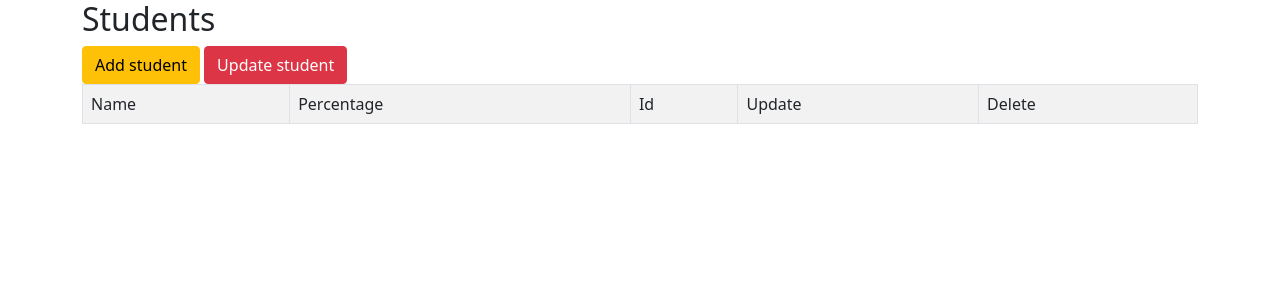
Repository: shivamaninalla/Bank-Application-JSP
Page: http://localhost/09-student-mvc-db/StudentController
An editor plug-in stored every save of this project. The page is shown before and after the next save, followed by the edit.
The browser window is 1280 px wide. The pictures show the whole page.
The page is served by Tomcat 9. Other server files are loaded and not shown. Queries for data that is not in the repository find no rows.

Above is the page before, as saved 2024-07-17 13:29:58.

### 09-student-mvc-db/WebContent/viewstudent.jsp
<%@ page language="java" contentType="text/html; charset=ISO-8859-1"
	pageEncoding="ISO-8859-1"%>
<%@ taglib uri="http://java.sun.com/jsp/jstl/core" prefix="c"%>
<%@ taglib uri="http://java.sun.com/jsp/jstl/functions" prefix="fn"%>
<link
	href="https://cdn.jsdelivr.net/npm/bootstrap@5.0.2/dist/css/bootstrap.min.css"
	rel="stylesheet"
	integrity="sha384-EVSTQN3/azprG1Anm3QDgpJLIm9Nao0Yz1ztcQTwFspd3yD65VohhpuuCOmLASjC"
	crossorigin="anonymous">
<script
	src="https://cdn.jsdelivr.net/npm/bootstrap@5.0.2/dist/js/bootstrap.bundle.min.js"
	integrity="sha384-MrcW6ZMFYlzcLA8Nl+NtUVF0sA7MsXsP1UyJoMp4YLEuNSfAP+JcXn/tWtIaxVXM"
	crossorigin="anonymous"></script>
<!DOCTYPE html>
<html>
<head>
<meta charset="ISO-8859-1">
<title>Insert title here</title>
</head>
<body>
 <div class="container">
	<h2>Students</h2>
	<a href="addStudent.jsp" class="btn btn-warning">Add student</a>
	<a href="updateStudent.jsp" class="btn btn-danger">Update student</a>

	<table class="table table-striped table-bordered">
		<tr>
			<td>Name</td>
			<td>Percentage</td>
			<td>Id</td>
			<td>Update</td>
			<td>Delete</td>


		</tr>
		<c:forEach var="d" items="${data}">
			<tr>
				<td>${d.name}</td>
				<td>${d.percentage}</td>
				<td>${d.id}</td>
				<td>
				<a href="StudentController?command=load&id=${d.id}" class="btn btn-warning">Update</a>
                </td>
                <td>
				<a href="StudentController?command=delete&id=${d.id}" class="btn btn-danger">Delete</a>
                </td>


			</tr>
		</c:forEach>

	</table>
	</div>



</body>
</html>

### 09-student-mvc-db/src/com/monocept/controller/StudentController.java
package com.monocept.controller;

import java.io.IOException;
import java.sql.SQLException;
import java.util.List;

import javax.annotation.Resource;
import javax.servlet.RequestDispatcher;
import javax.servlet.ServletException;
import javax.servlet.annotation.WebServlet;
import javax.servlet.http.HttpServlet;
import javax.servlet.http.HttpServletRequest;
import javax.servlet.http.HttpServletResponse;
import javax.sql.DataSource;

import com.model.dao.StudentDbUtil;
import com.model.entity.Student;

@WebServlet("/StudentController")
public class StudentController extends HttpServlet {
	private static final long serialVersionUID = 1L;

	@Resource(name="jdbc/studentdb")
	private DataSource dataSource;

	private StudentDbUtil studentDbUtil;

	@Override
	public void init() throws ServletException {
		// TODO Auto-generated method stub
		super.init();
		studentDbUtil = new StudentDbUtil(dataSource);
	}

	protected void list(HttpServletRequest request, HttpServletResponse response)
			throws ServletException, IOException {


		List<Student> studentList;
		try {
			studentList = studentDbUtil.getStudents();
			System.out.println(studentList);
			request.setAttribute("data", studentList);
			RequestDispatcher req=request.getRequestDispatcher("viewstudent.jsp");
			req.forward(request, response);
		} catch (SQLException e) {
			// TODO Auto-generated catch block
			e.printStackTrace();
		}

	}

	protected void doGet(HttpServletRequest request, HttpServletResponse response)
			throws ServletException, IOException {

		String command;
		command=request.getParameter("command");
		if(command==null) {
			command="list";
		}
		switch(command) {

		case "add":
			addStudent(request,response);
			break;
		case "load":
			loadStudent(request,response);
			break;
		case "update":
			updateStudent(request,response);
			break;
		case "delete":
			deleteStudent(request,response);
			break;
		default:
			list(request,response);
			break;
		}





	}

	private void updateStudent(HttpServletRequest request, HttpServletResponse response) throws IOException {
		int id=Integer.parseInt(request.getParameter("id"));
		String name=request.getParameter("name");
		int percentage=Integer.parseInt(request.getParameter("percentage"));
		Student student1=new Student(name,percentage,id);
		System.out.println(name);
		boolean update=studentDbUtil.updateStudentToDb(student1);
		System.out.println(update);
		response.sendRedirect(request.getContextPath() + "/StudentController");

	}

	private void loadStudent(HttpServletRequest request, HttpServletResponse response) throws ServletException, IOException {
		// TODO Auto-generated method stub
		String id=request.getParameter("id");
		int id1=0;
		try {
		    if (id != null && !id.isEmpty()) {
		        id1 = Integer.parseInt(id);
		    }
		} catch (NumberFormatException e) {
		    e.printStackTrace();
		}
		System.out.println("Updated element: "+id);
		Student student=StudentDbUtil.getStudent(id1);

		System.out.println(student);
		request.setAttribute("data", student);
		RequestDispatcher req=request.getRequestDispatcher("updatestudent.jsp");
		req.forward(request, response);







	}
	private void deleteStudent(HttpServletRequest request, HttpServletResponse response) throws IOException {

		int id=Integer.parseInt(request.getParameter("id"));
		boolean delete=studentDbUtil.deleteStudentDb(id);
		if(delete) {
			response.sendRedirect(request.getContextPath() + "/StudentController");
		}
		System.out.println("Delete element: "+id);
	}

	private void addStudent(HttpServletRequest request, HttpServletResponse response) throws ServletException, IOException {
		String name=request.getParameter("name");
		String percentage=request.getParameter("percentage");
		int percentage1 = 0;
		try {
		    if (percentage != null && !percentage.isEmpty()) {
		        percentage1 = Integer.parseInt(percentage);
		    }
		} catch (NumberFormatException e) {
		    e.printStackTrace();
		}


		Student student=new Student(name,percentage1);
		System.out.println(name);
		boolean add=studentDbUtil.addStudentToDb(student);
		response.sendRedirect(request.getContextPath() + "/StudentController");
	}

	protected void doPost(HttpServletRequest request, HttpServletResponse response)
			throws ServletException, IOException {
		// TODO Auto-generated method stub
		doGet(request, response);
	}

}

After the next save:
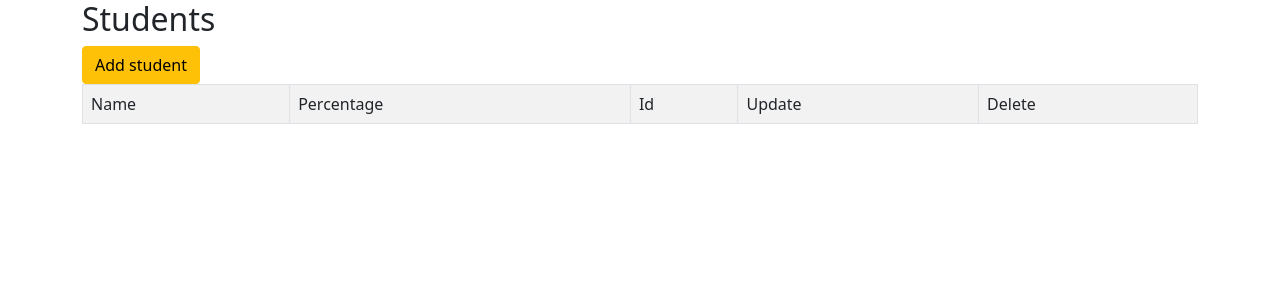
Saved 10 min 44 s later.
--- a/09-student-mvc-db/WebContent/viewstudent.jsp
+++ b/09-student-mvc-db/WebContent/viewstudent.jsp
@@ -21,7 +21,7 @@
  <div class="container">
 	<h2>Students</h2>
 	<a href="addStudent.jsp" class="btn btn-warning">Add student</a>
-	<a href="updateStudent.jsp" class="btn btn-danger">Update student</a>
+
 
 	<table class="table table-striped table-bordered">
 		<tr>
